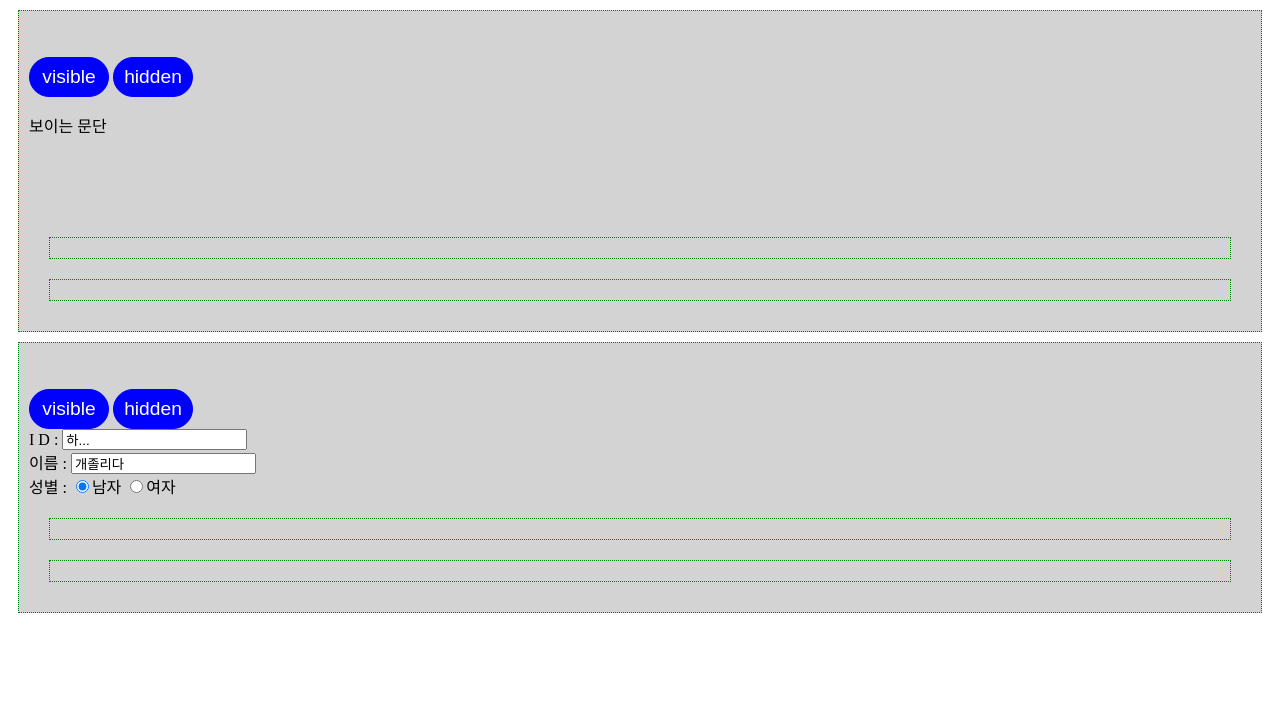
Repository: JJaeHwan/HTML
Page: jquerypro/WebContent/0112/Visibility필터.html
The author's editor kept a copy of each file at every save. The page is drawn from the files as they stood at one save, then again after the next save.
The browser window is 1280 px wide. The pictures show the whole page.

Above is the page before, as saved 2023-01-12 07:16:16.

### jquerypro/WebContent/0112/Visibility필터.html
<!DOCTYPE html>
<html>
<head>
<meta charset="UTF-8">
<title>Insert title here</title>
<link rel="stylesheet" href="../css/public.css">
<script src="../js/jquery-3.6.3.min.js" type="text/javascript"></script>

<script type="text/javascript">

$(function() {
	$('#btn1').on('click', function() {
		str="";
		$('p:visible').each(function() {
			str += $(this).text() + "<br>";
		})

		// 출력
		$('#visible').html(str);
	})

	$('#btn2').on('click', function() {
		str = "";
		$('p:hidden').each(function() {
			str += $(this).text() + "<br>";
		})

		$('#hidden').html(str);

	})

	$('#btn3').on('click',() => {

		str="*****visible객체*****<br>";

		$('#testForm *:visible').each(function() {

			// 태그이름을 비교 - tagName
// 			alert(this.tagName)
			if(this.tagName == "INPUT"){
			str += this.tagName +" : " + $(this).attr('name');
				str += " = " + $(this).val() + "<br>"
			}else if(this.tagName != "BR"){
				str += this.tagName + " : " +  $(this).text() + "<br>"
			}
		})
		$('#fvisible').html(str);

	})
	     $('#btn4').on('click', () =>{

        str="***** hidden객체 *****<br>"; //출력할 변수 선언

        $('#testForm *:hidden').each(function(){//-테스트 폼 안의 자식 모든것을 비지블 필터로 걸러낸다. each는 반복문

           // 태그 이름을 비교 - tagName -- 돔명령임. $기호 붙이면 안됨
//            alert(this.tagName);   //-this는 보여지고 있는 것의 0번째부터~를 태그 이름으로 비교
           if(this.tagName == "INPUT"){
              str += this.tagName + " : " + $(this).attr('name');   //-jquery메서드
              str += " = " + $(this).val() + "<br>";

           }else if(this.tagName != "BR"){
              str += this.tagName + " : " + $(this).text() + "<br>";
           }
        })

        $('#fhidden').html(str);

     })



})


</script>

</head>
<body>


<div class="box">
	<br><br>
	<input type="button" value="visible" id="btn1">
	<input type="button" value="hidden" id="btn2">
	<br>

		<p> 보이는 문단</p>
	  	<p style="visibility:hidden;">숨겨진 문단</p>
	  	<p style="display:none;"> 자리를 차지 하지 못한 문단 </p>
	  	<p style="opacity:0;"> 투명한 문단</p>


	<div id="visible"></div>
	<div id="hidden"></div>
</div>

<div class="box">
	<br><br>
	<input type="button" value="visible" id="btn3">
	<input type="button" value="hidden" id="btn4">
	<br>
	<form id="testForm">
		<input type="hidden" name="userAge" value="33">
		<input type="hidden" name="userCity" value="대전">
		I D : <input type="text" name="userID" value="하...">
		<span style="display:none">ID가 중복됩니다. </span> <br>
		이름 : <input type="text" name="userName" value="개졸리다">
		<span style="visibility:hidden">이름을 입력하세요</span><br>
		성별 : <input type="radio" name="sung" value="남" checked>남자
		<input type="radio" name="sung" value="여">여자
	</form>

	<div id="fvisible"></div>
	<div id="fhidden"></div>
</div>
</body>
</html>

### jquerypro/WebContent/css/public.css
@charset "UTF-8";

pre{

	font-size: 1.5em;
	border: 5px double blue;
	border-left : none;
	border-right: none;
	padding: 10px;
	background-color: skyblue;

}

  .box{
  	margin: 10px;
  	padding: 10px;
  	border: 1px dotted green;
  	background-color: lightgray;

  }
  .box div{
  	/* height: 100px; */
  	padding: 10px;
  	margin: 20px;
  	border: 1px dotted green;
  }
  input[type=button]{
  	width: 80px;
  	height: 40px;
  	background: blue;
  	color: white;
  	font-size: 1.2em;
  	border-radius: 20px;
  	border : 1px solid blue;
  }

Loaded but not shown: jquerypro/WebContent/js/jquery-3.6.3.min.js (library)

After the next save:
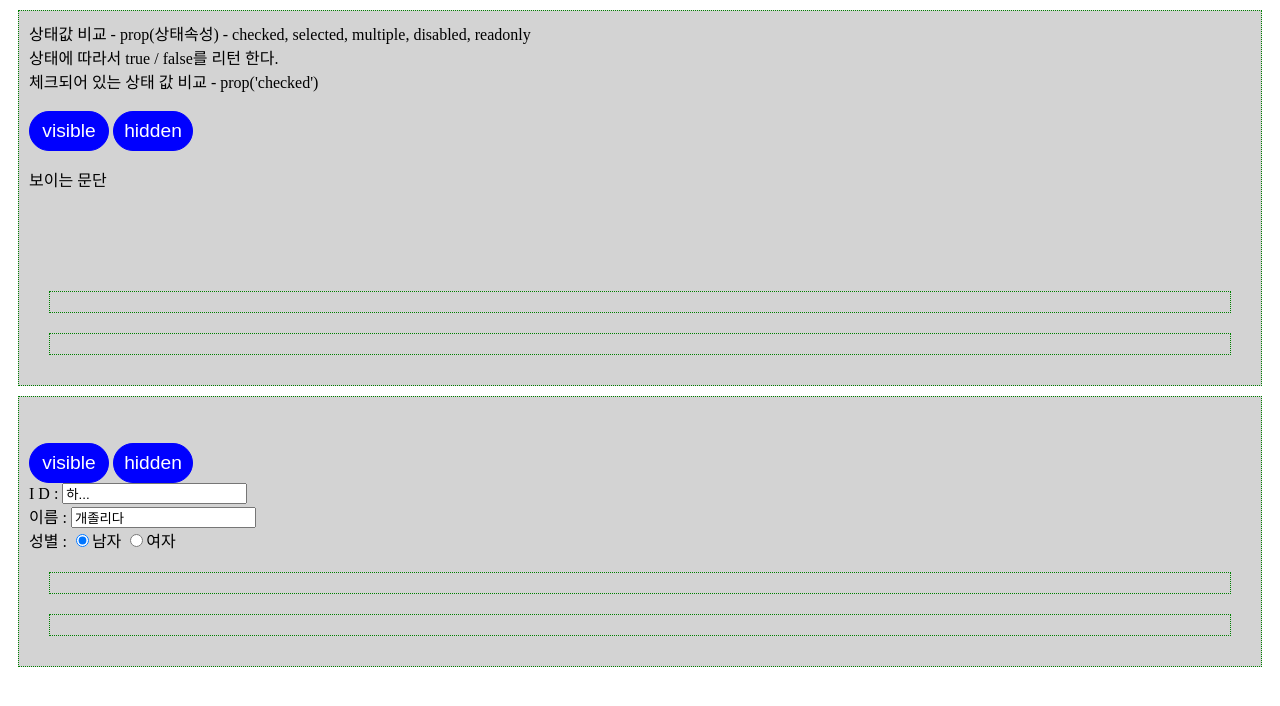
Console error: SyntaxError: Unexpected token '}'
Saved 24 min 12 s later.
--- a/jquerypro/WebContent/0112/Visibility필터.html
+++ b/jquerypro/WebContent/0112/Visibility필터.html
@@ -38,6 +38,17 @@ $(function() {
 			// 태그이름을 비교 - tagName
 // 			alert(this.tagName)
 			if(this.tagName == "INPUT"){
+				if(vtype == 'radio'){
+					// 체크되어있는 상태 ???
+					if($(this).prop('checked')){
+						str +=
+					}
+
+				}else{
+
+
+				}
+
 			str += this.tagName +" : " + $(this).attr('name');
 				str += " = " + $(this).val() + "<br>"
 			}else if(this.tagName != "BR"){
@@ -80,7 +91,10 @@ $(function() {
 
 
 <div class="box">
-	<br><br>
+    상태값 비교 - prop(상태속성) - checked, selected, multiple, disabled, readonly <br>
+	상태에 따라서 true / false를 리턴 한다. <br>
+
+	체크되어 있는 상태 값 비교 - prop('checked') <br><br>
 	<input type="button" value="visible" id="btn1">
 	<input type="button" value="hidden" id="btn2">
 	<br>
